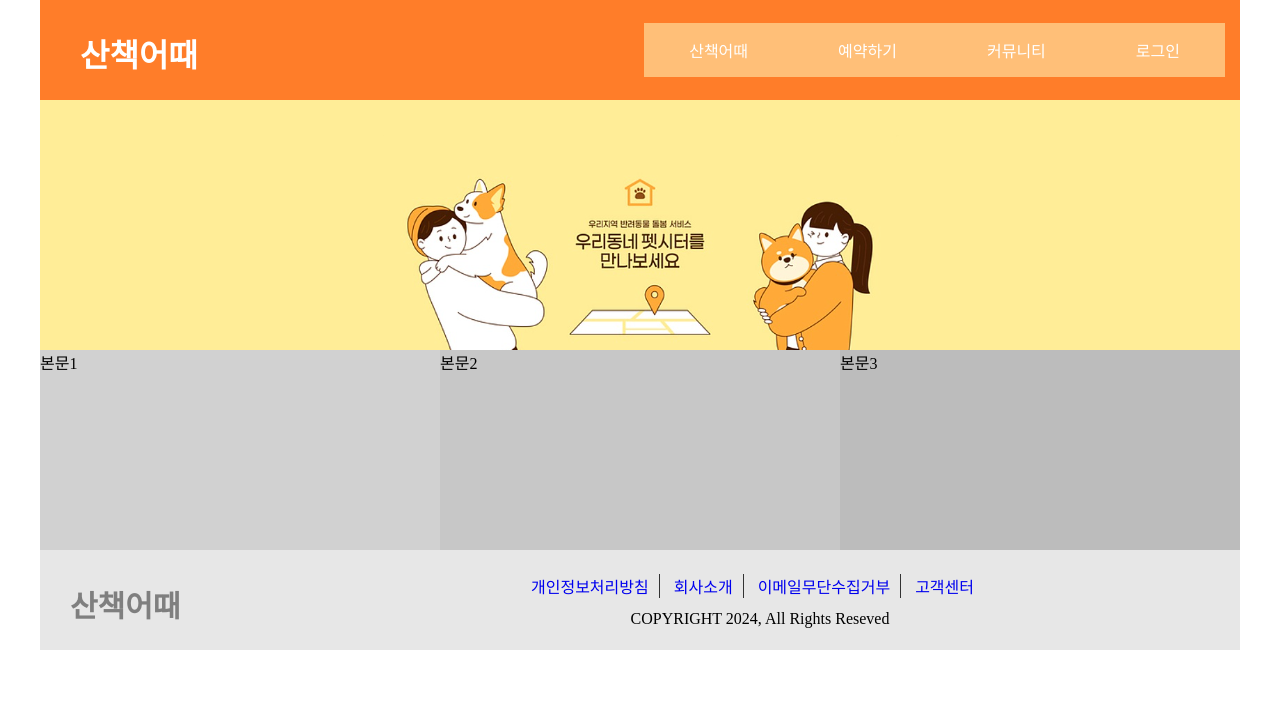
Repository: to-flatwhite1/portfolio
Page: http://localhost/JSP/
These files come from the project's save history. The page is drawn as it stood at one moment and after the next save; the edit follows.
The browser window is 1280 px wide. The pictures show the whole page.
The page is served by Tomcat 9. Other server files are loaded and not shown.

Above is the page before, as saved 2024-07-04 04:53:27.

### JSP/src/main/webapp/index.jsp
<%@ page language="java" contentType="text/html; charset=utf-8"
    pageEncoding="utf-8"%>
<!DOCTYPE html>
	<html>
	<head>
		<meta charset="utf-8">
		<title>산책어때</title>
		<link href="index.css" rel="stylesheet" type="text/css">
		<script src="jquery.min.js"></script>
		<script src="script.js"></script>
	</head>
	<body>
    <div id="wrap">
        <header id="header">
            <h1 class="logo">
                <a href="#">산책어때</a>
            </h1>
            <nav class="nav">
                <ul>
                    <li><a href="#">산책어때</a>
                        <ul class="submenu">
                            <li><a href="introduce.jsp">산책어때 소개</a></li>
                        </ul>
                    </li>
                    <li><a href="#">예약하기</a>
                        <ul class="submenu">
                            <li><a href="#">산책하고싶은 강아지</a></li>
                            <li><a href="#">산책을 시키고 싶은 지원자</a></li>
                        </ul>
                    </li>
                    <li><a href="#">커뮤니티</a>
                        <ul class="submenu">
                            <li><a href="#">리뷰</a></li>
                            <li><a href="#">자유게시판</a></li>
                        </ul>
                     </li>
                    <li><a href="#">로그인</a>
                        <ul class="submenu">
                        	<li><a href="login.jsp">로그인</a></li>
                            <li><a href="insert.jsp">회원가입</a></li>
                            <li><a href="mypage.jsp">마이페이지</a></li>
                        </ul>
                    </li>
                </ul>
            </nav>
        </header>
        <!-- header 끝 -->
		<div id="slide">
			<div class="slide_list">
				<ul>
					<li><a href="#"><img src="images/main.png"></a></li>

				</ul>
			</div>
		</div>
        <div id="contents">
			<div class="content1">본문1</div>
			<div class="content2">본문2</div>
            <div class="content3">본문3</div>
        </div>
        <footer id="footer">
            <div class="footer1">
                <h4>산책어때</h4>
            </div>
            <div class="footer2">
                <div class="footer2-1">
                    <ul>
                        <li><a href="#">개인정보처리방침</a></li>
                        <li><a href="#">회사소개</a></li>
                        <li><a href="#">이메일무단수집거부</a></li>
                        <li><a href="#">고객센터</a></li>
                    </ul>
                </div>
                <div class="footer2-2">
                    COPYRIGHT 2024, All Rights Reseved
                </div>
            </div>
        </footer>
    </div>

	</body>

</html>

### JSP/src/main/webapp/index.css
@charset "utf-8";
* {
    margin: 0;
    padding: 0;

}
a {
    text-decoration: none;
}
ul {
	margin-right: 15px;}


li {
    list-style: none;
}

/* wrap */
#wrap {
    width: 1200px;
    margin: 0 auto;
    position: relative;
}

/* header */
#header {
    width: 100%;
    display: flex;
    background-color: #FF7D29;
}
#header .logo {
    width: 20%;
    height: 100px;
}
#header .logo a {
    display: inline-block;
    color: white;
    padding: 30px 40px;
}
.nav {
    width: 80%;
    height: 100px;
    position: relative;
    z-index: 1000;
}
#header .nav > ul {
    display: flex;
    justify-content: right;
    align-items: center;
    height: 100%;
}
#header .nav > ul > li {
    position: relative;
}
#header .nav > ul > li > a {
    color: #fff;
    padding: 15px 45px;
    background-color: #FFBF78;	/*메뉴색*/
    display: block;
}
#header .nav > ul > li > a:hover {
    background-color: #FFDCA9;;
}
#header .nav > ul > li > ul {
    position: absolute;
    left: 0;
    background-color: #fff;
    width: 100%;
    text-align: center;
    display: none;
}
#header .nav > ul > li > ul > li > a {
    padding: 10px 20px;
    display: block;
}
#header .nav > ul > li > ul > li > a:hover {
    background-color: #FFBF78	;
}
#slide{
	width: 100%;
	display: flex;


}

#slide .slide_list{
	width: 100%;
	height: 250px;
	background-color: #FEFFD2;
}

#contents {
    width: 100%;
    display: flex;
}
#contents .content1 {
    width: 33.3333%;
    height: 200px;
    background-color: #d1d1d1;
}
#contents .content2 {
    width: 33.3333%;
    height: 200px;
    background-color: #c7c7c7;
}
#contents .content3 {
    width: 33.3333%;
    height: 200px;
    background-color: #bcbcbc;
}

#footer {
    width: 100%;
    display: flex;
    background-color: #e7e7e7;
}
#footer .footer1 {
    width: 20%;
    height: 100px;
}
#footer .footer1 h4 {
    font-size: 30px;
    color: #7f7f7f;
    padding: 32px 30px;
}
#footer .footer2 {
    width: 80%;
}
#footer .footer2 .footer2-1 {
    width: 100%;
    height: 50px;
    text-align: center;
}
#footer .footer2 .footer2-1 ul {
    padding-top: 24px;
}
#footer .footer2 .footer2-1 li {
    display: inline-block;
    border-right: 1px solid #333;
}
#footer .footer2 .footer2-1 li:last-child {
    border: 0;
}
#footer .footer2 .footer2-1 li a {
    padding: 10px;
}
#footer .footer2 .footer2-1 li a:hover {
    text-decoration: underline;
}
#footer .footer2 .footer2-2 {
    width: 100%;
    height: 50px;
    text-align: center;
    padding-top: 10px;
    box-sizing: border-box;
}

/* contents : banner */

### JSP/src/main/webapp/script.js
$(function(){


        // 메뉴 : 하나씩 나오기
        $(".nav > ul > li").mouseover(function(){
            $(this).find(".submenu").stop().slideDown(200);
        });
        $(".nav > ul > li").mouseout(function(){
            $(this).find(".submenu").stop().slideUp(200);
        });

       function slide(){
		   $(".slide_list ul").animate({top:-300},1000,function(){
			   $(".slide_list ul").append($(".slide_list ul li").first());
			   $(".slide_list ul").css({top:0});
		   });
	   }
	   setInterval(slide,3000);

    });

Loaded but not shown: JSP/src/main/webapp/jquery.min.js (library)

After the next save:
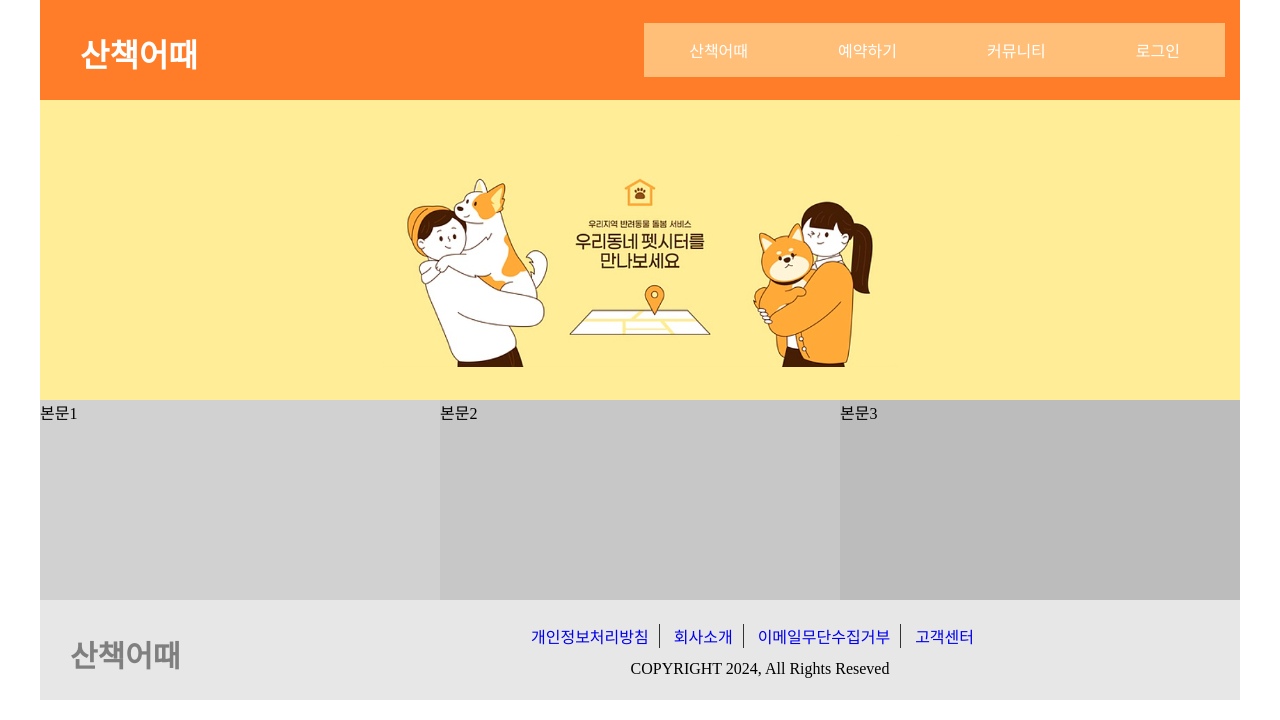
Saved 32 s later.
--- a/JSP/src/main/webapp/index.css
+++ b/JSP/src/main/webapp/index.css
@@ -79,13 +79,11 @@ li {
 #slide{
 	width: 100%;
 	display: flex;
-
-
 }
 
 #slide .slide_list{
 	width: 100%;
-	height: 250px;
+	height: 300px;
 	background-color: #FEFFD2;
 }
 
